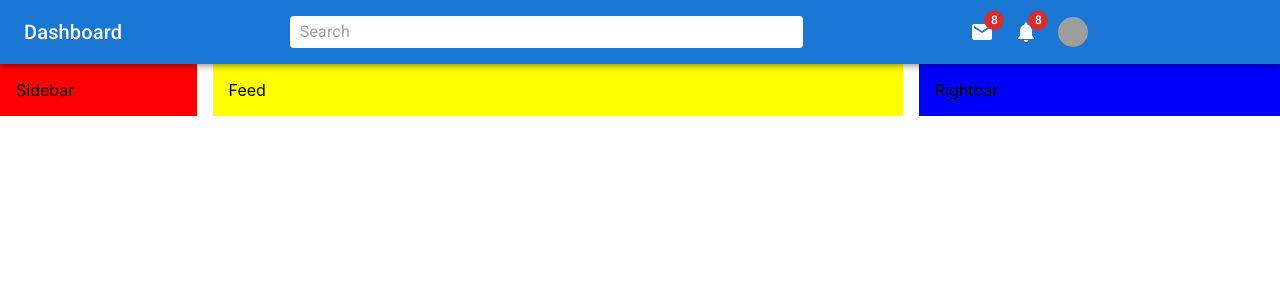
Repository: abubaker-cs/mui5_dashboard
Page: /
These files come from the project's save history. The page is drawn as it stood at one moment and after a run of saves; the edit follows.
The browser window is 1280 px wide. The pictures show the whole page.
Pictures or frames that could not be fetched are drawn as grey boxes. The project was rebuilt for these pictures with package versions that can differ from the ones it lists, and the page was loaded fresh each time. Also part of the build but not shown: src/App.css.

Above is the page before, as saved 2022-07-17 06:29:37.

### public/index.html
<!DOCTYPE html>
<html lang="en">
  <head>
    <meta charset="utf-8" />
    <link rel="icon" href="%PUBLIC_URL%/favicon.ico" />
    <meta name="viewport" content="width=device-width, initial-scale=1" />
    <meta name="theme-color" content="#000000" />
    <meta
      name="description"
      content="Web site created using create-react-app"
    />
    <link rel="apple-touch-icon" href="%PUBLIC_URL%/logo192.png" />

    <link rel="manifest" href="%PUBLIC_URL%/manifest.json" />
    <link
      rel="stylesheet"
      href="https://fonts.googleapis.com/css?family=Roboto:300,400,500,700&display=swap"
    />
    <link
      rel="stylesheet"
      href="https://fonts.googleapis.com/icon?family=Material+Icons"
    />

    <title>React App</title>
  </head>
  <body>
    <noscript>You need to enable JavaScript to run this app.</noscript>
    <div id="root"></div>
  </body>
</html>

### src/App.js
import "./App.css";
import Sidebar from "./components/Sidebar";
import Feed from "./components/Feed";
import Rightbar from "./components/Rightbar";
import { Box, Stack } from "@mui/material";
import Navbar from "./components/Navbar";

function App() {
  return (
    <Box>
      <Navbar />
      <Stack direction="row" spacing={2} justifyContent="space-evenly">
        <Sidebar />
        <Feed />
        <Rightbar />
      </Stack>
    </Box>
  );
}

export default App;

### src/components/Sidebar.jsx
import { Box } from "@mui/material";
import React from "react";

const Sidebar = () => {
  return (
    <Box
      bgcolor="red"
      flex={1}
      p={2}
      sx={{ display: { xs: "none", sm: "block" } }}
    >
      Sidebar
    </Box>
  );
};

export default Sidebar;

### src/components/Feed.jsx
import { Box } from "@mui/material";
import React from "react";

const Feed = () => {
  return (
    <Box bgcolor="yellow" flex={4} p={2}>
      Feed
    </Box>
  );
};

export default Feed;

### src/components/Rightbar.jsx
import { Box } from "@mui/material";
import React from "react";

const Rightbar = () => {
  return (
    <Box
      bgcolor="blue"
      flex={2}
      p={2}
      sx={{ display: { xs: "none", sm: "block" } }}
    >
      Rightbar
    </Box>
  );
};

export default Rightbar;

### src/components/Navbar.jsx
import { Dashboard, Mail, Notifications } from "@mui/icons-material";
import {
  AppBar,
  Toolbar,
  styled,
  Typography,
  Box,
  InputBase,
  Badge,
  Avatar,
} from "@mui/material";
import React from "react";

// Base styles for custom Toolbar wrapper | flex justify = space-between
const StyledToolbar = styled(Toolbar)({
  display: "flex",
  justifyContent: "space-between",
});

//
const Search = styled("div")(({ theme }) => ({
  backgroundColor: "white",
  padding: "0 10px",
  borderRadius: theme.shape.borderRadius,
  width: "40%",
}));

const Icons = styled(Box)(({ theme }) => ({
  display: "flex",
  gap: "20px",
  alignItems: "center",
}));

const UserBox = styled(Box)(({ theme }) => ({
  display: "flex",
  gap: "10px",
  alignItems: "center",
}));

const Navbar = () => {
  return (
    <AppBar position="sticky">
      <StyledToolbar>
        <Typography
          variant="h6"
          sx={{
            display: {
              xs: "none",
              sm: "block",
            },
          }}
        >
          Dashboard
        </Typography>
        <Dashboard
          sx={{
            display: {
              xs: "block",
              sm: "none",
            },
          }}
        />
        <Search>
          <InputBase placeholder="Search" />
        </Search>
        <Icons>
          <Badge badgeContent={8} color="error">
            <Mail />
          </Badge>
          <Badge badgeContent={8} color="error">
            <Notifications />
          </Badge>
          <Avatar
            sx={{ width: 30, height: 30 }}
            src="https://i.pravatar.cc/300"
          />
        </Icons>
        <UserBox></UserBox>
      </StyledToolbar>
    </AppBar>
  );
};

export default Navbar;

Loaded but not shown: src/index.js (common file); src/index.css (common file)

After the next 2 saves:
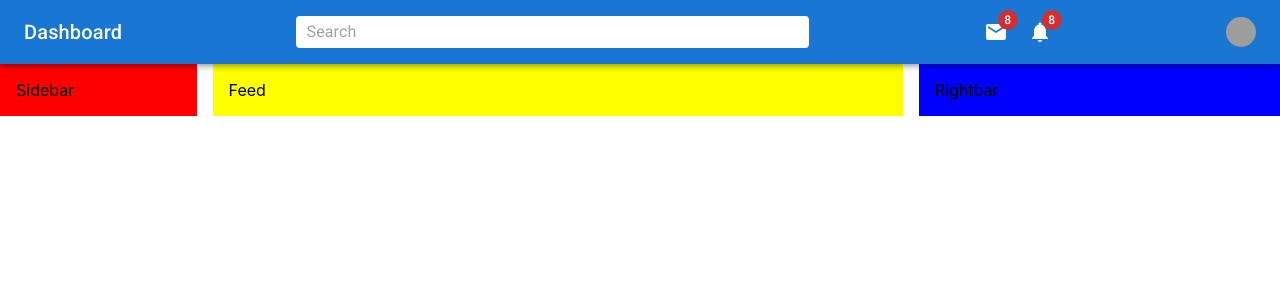
The 2 saves are shown as one change because 1 did not build or start.
The last was saved 26 s later.
--- a/src/components/Navbar.jsx
+++ b/src/components/Navbar.jsx
@@ -70,12 +70,13 @@ const Navbar = () => {
           <Badge badgeContent={8} color="error">
             <Notifications />
           </Badge>
+        </Icons>
+        <UserBox>
           <Avatar
             sx={{ width: 30, height: 30 }}
             src="https://i.pravatar.cc/300"
           />
-        </Icons>
-        <UserBox></UserBox>
+        </UserBox>
       </StyledToolbar>
     </AppBar>
   );
